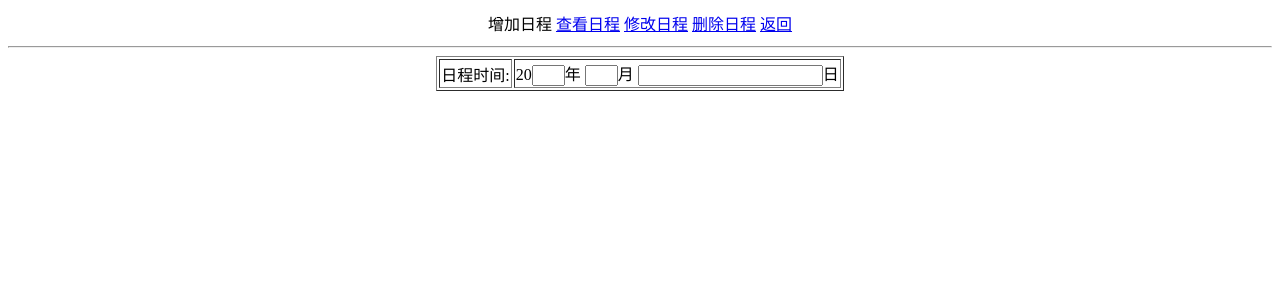
Repository: zy840055899/old-workspace
Page: http://localhost/PIMS/dateManager/addDate.jsp
An editor plug-in stored every save of this project. The page is shown before and after the next save, followed by the edit.
The browser window is 1280 px wide. The pictures show the whole page.
The page is served by Tomcat 9. Other server files are loaded and not shown.

Above is the page before, as saved 2014-03-17 04:06:23.

### PIMS/WebContent/dateManager/addDate.jsp
<%@ page language="java" contentType="text/html; charset=UTF-8"
    pageEncoding="UTF-8"%>
<!DOCTYPE html PUBLIC "-//W3C//DTD HTML 4.01 Transitional//EN" "http://www.w3.org/TR/html4/loose.dtd">
<html>
<head>
<meta http-equiv="Content-Type" content="text/html; charset=UTF-8">
<title>Insert title here</title>
</head>
<body>

<center>

<table>

<tr>
<td>增加日程</td>
<td><a href="http://localhost:8080/PIMS/dateManager/lookDate.jsp">查看日程</a></td>
<td><a href="http://localhost:8080/PIMS/dateManager/updateDate.jsp">修改日程</a></td>
<td><a href="http://localhost:8080/PIMS/dateManager/deleteDate.jsp">删除日程</a></td>
<td><a href="http://localhost:8080/PIMS/main/main.jsp">返回</a></td>
</tr>

</table><hr>

<form action="http://localhost:8080/PIMS/AddDateServlet" method="post">

<table border="1">

<tr>
<td>日程时间:</td>
<td>
20<input type="text" size="1" name="year" value="">年
<input type="text" size="1" name="month" value="">月
<input type="text" name="day" value="">日
</td>
</tr>

















</table>




















</form>













</center>

</body>
</html>

After the next save:
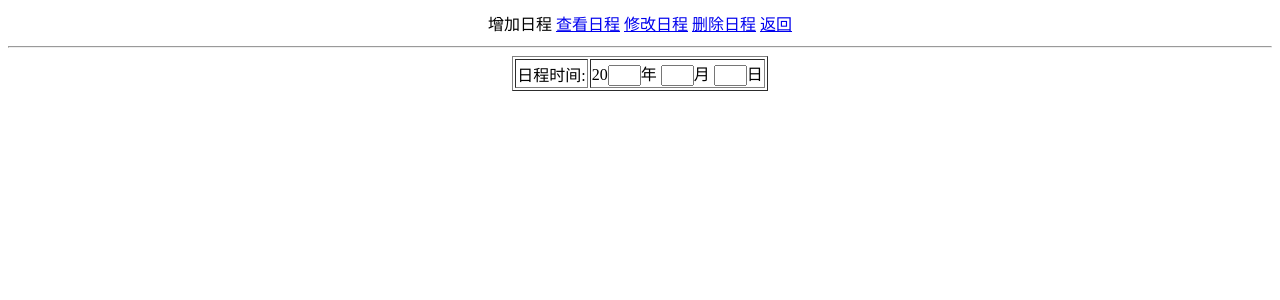
Saved 7 s later.
--- a/PIMS/WebContent/dateManager/addDate.jsp
+++ b/PIMS/WebContent/dateManager/addDate.jsp
@@ -31,7 +31,7 @@
 <td>
 20<input type="text" size="1" name="year" value="">年
 <input type="text" size="1" name="month" value="">月
-<input type="text" name="day" value="">日
+<input type="text" size="1" name="day" value="">日
 </td>
 </tr>
 
